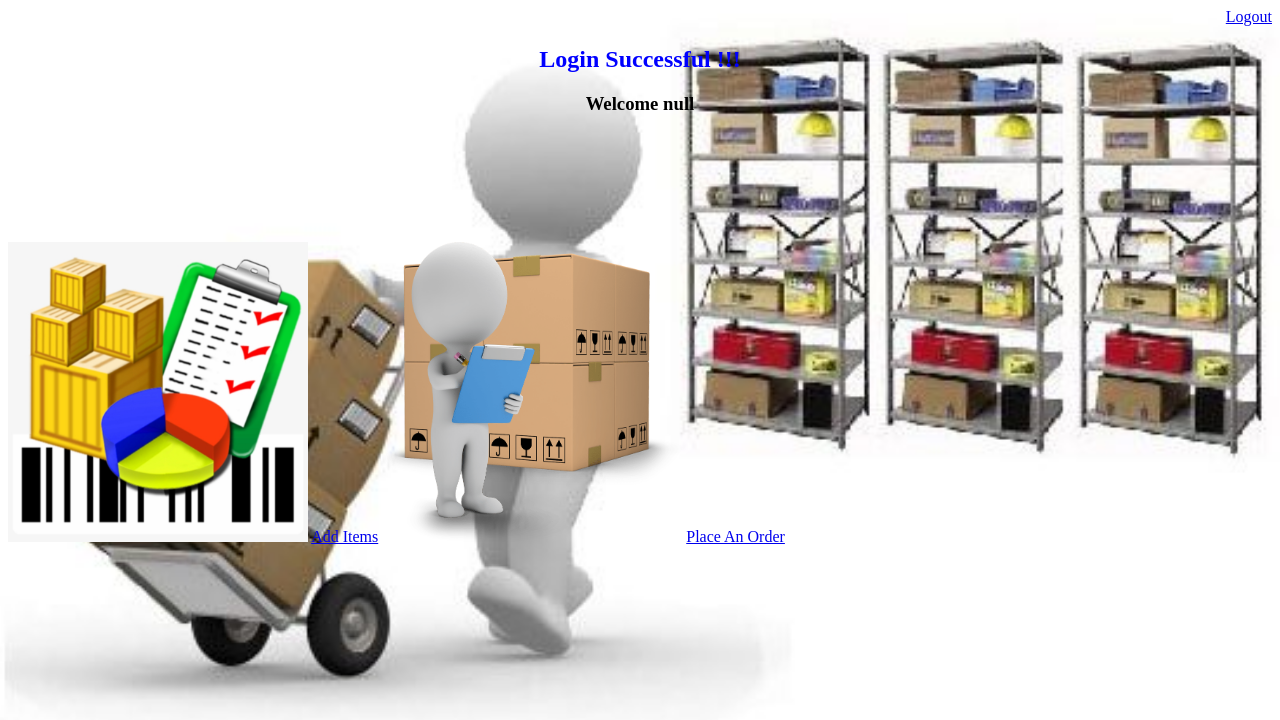
Repository: nirmaniPathiranage/CSSE-Procurement-Management
Page: http://localhost/Item_Management/Home.jsp
The author's editor kept a copy of each file at every save. The page is drawn from the files as they stood at one save, then again after the next save.
The browser window is 1280 px wide. The pictures show the whole page.
The page is served by Tomcat 9. Other server files are loaded and not shown.

Above is the page before, as saved 2019-09-29 18:58:14.

### Item_Management/WebContent/Home.jsp
<%@ page language="java" contentType="text/html; charset=ISO-8859-1"
	pageEncoding="ISO-8859-1"%>
<!DOCTYPE html>
<html>
<head>
<meta http-equiv="Content-Type" content="text/html; charset=ISO-8859-1">
<title>Home Page</title>
<style>
body{

	background:url('bg2.jpg');
	background-size: cover;
}
</style>
</head>
<body>
	<div style="text-align: right">
		<a href="LogoutServlet">Logout</a>
	</div>
	<center>
		<h2>
			<font style="color: blue">Login Successful !!!</font>
		</h2>
	</center>
	<center>
		<h3>
			Welcome
			<%=session.getAttribute("userName")%>
		</h3>
		</center>
		<br><br><br><br><br><br>
<img src = "sales.png.jpg" height = "300px" width = "300px">
<a href = "AddItem.jsp">Add Items</a>
<img src = "warehouse-inventory-icon-6.png" height = "300px" width = "300px">
<a href = "PlaceOrder.jsp">Place An Order</a>
<br><br><br><br><br><br>
</body>
</html>

After the next save:
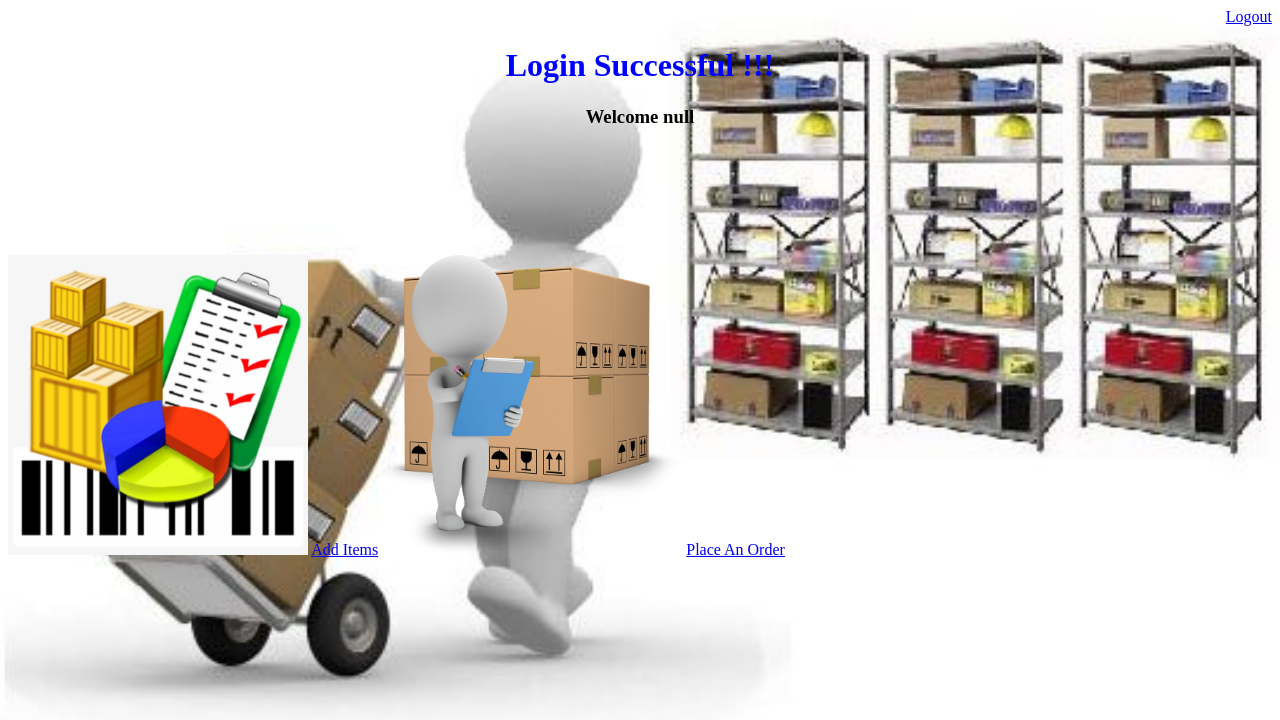
Saved 5 min 16 s later.
--- a/Item_Management/WebContent/Home.jsp
+++ b/Item_Management/WebContent/Home.jsp
@@ -18,9 +18,9 @@ body{
 		<a href="LogoutServlet">Logout</a>
 	</div>
 	<center>
-		<h2>
+		<h1>
 			<font style="color: blue">Login Successful !!!</font>
-		</h2>
+		</h1>
 	</center>
 	<center>
 		<h3>
